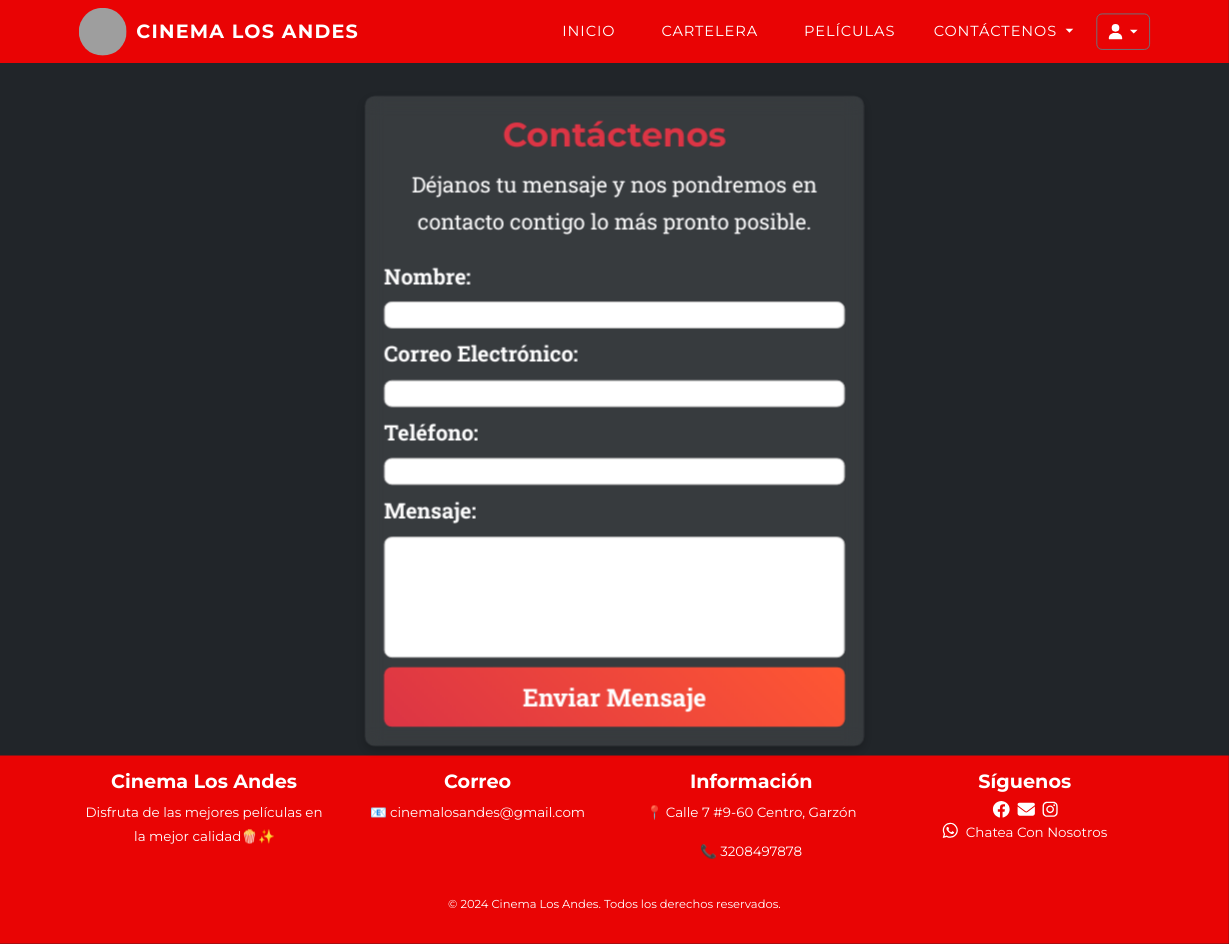
Repository: FelipeADSO/PROYECTO-SENA-FINAL
Page: cinema/templates/contactenos.html
The author's editor kept a copy of each file at every save. The page is drawn from the files as they stood at one save, then again after the next save.
The browser window is 1280 px wide. The pictures show the whole page, at 96% of full size.
Pictures or frames that could not be fetched are drawn as grey boxes. Some web libraries are served in a nearby version. The template is drawn by Django 5.2. The application's start-up code is not run. The template is opened directly, without the code that normally fills it, so the values that code supplies are empty.

Above is the page before, as saved 2025-03-06 07:18:29.

After the next save:
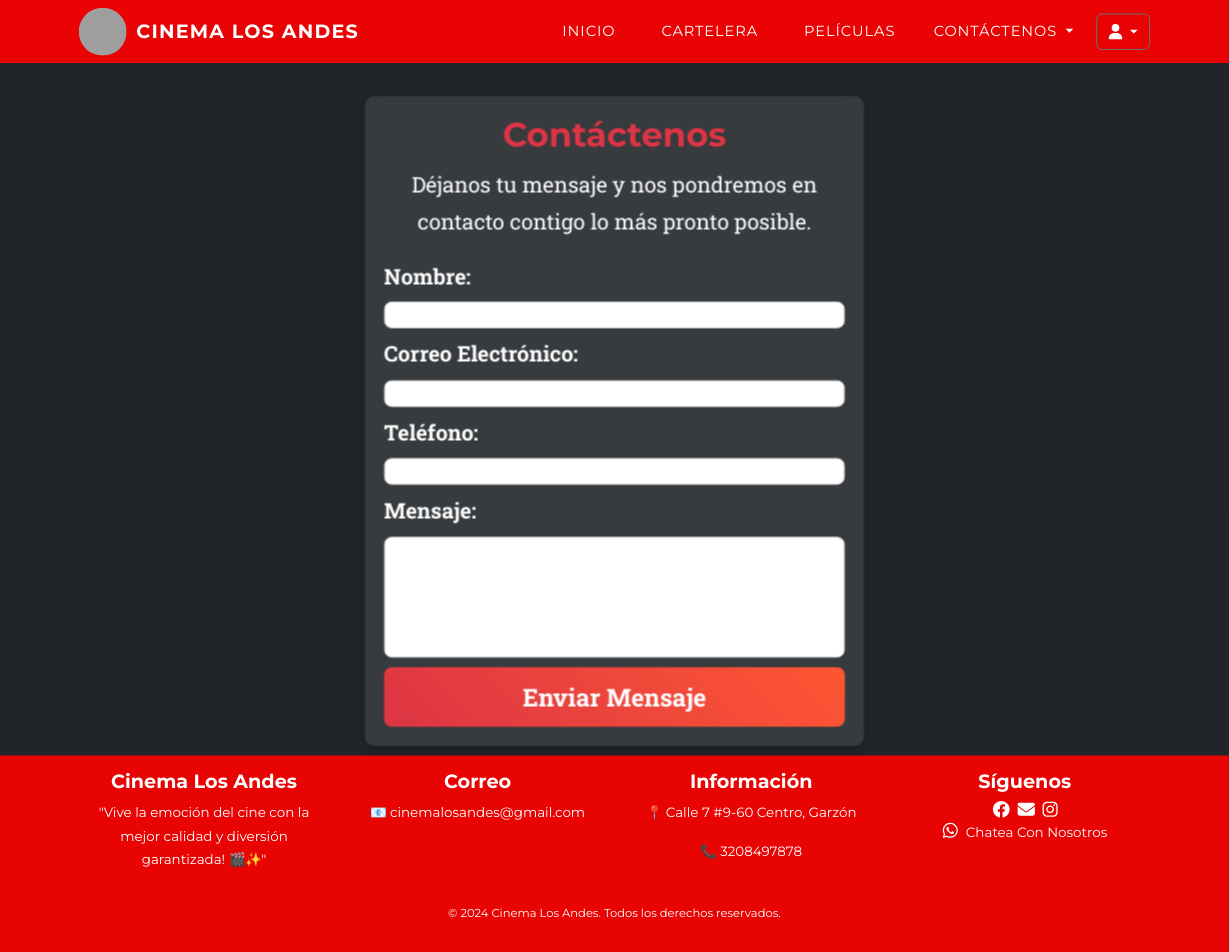
Saved 50 s later.
--- a/cinema/templates/base.html
+++ b/cinema/templates/base.html
@@ -128,7 +128,7 @@
             <div class="row">
                 <div class="col-md-3">
                     <h5 class="text-white">Cinema Los Andes</h5>
-                    <p>Disfruta de las mejores películas en la mejor calidad🍿✨</p>
+                    <p>"Vive la emoción del cine con la mejor calidad y diversión garantizada! 🎬✨"</p>
                 </div>
                 <div class="col-md-3">
                     <h5 class="text-white">Correo</h5>
